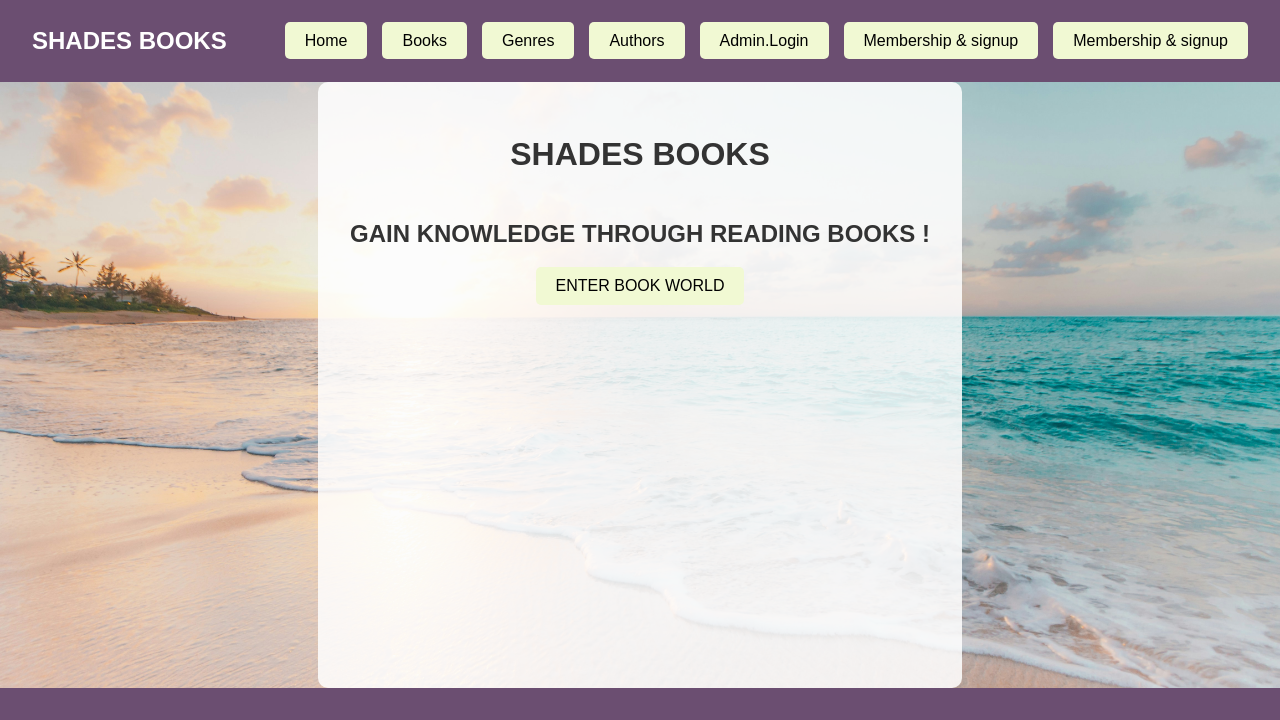
Repository: Harishsuresh-kumar/Library-Web
Page: WORK SITE/User.html
An editor plug-in stored every save of this project. The page is shown before and after a run of saves, followed by the edit.
The browser window is 1280 px wide. The pictures show the whole page.

Above is the page before, as saved 2024-11-07 14:21:41.

### WORK SITE/User.html
<!DOCTYPE html>
<html lang="en">
<head>
    <meta charset="UTF-8">
    <meta name="viewport" content="width=device-width, initial-scale=1.0">
    <title>Online Library Management System</title>
    <link rel="stylesheet" href="user.css">
</head>
<body>
    <div class="wrapper">
        <header>
            <div class="logo">
                <h2>SHADES BOOKS</h2>
            </div>
            <nav>
                <ul>
                    <li><a href="User.html" class="button">Home</a></li>
                    <li><a href="Book.html" class="button">Books</a></li>
                    <li><a href="genre.html" class="button">Genres</a></li>
                    <li><a href="Authors.html" class="button">Authors</a></li>
                    <li><a href="admin pass.html" class="button"> Admin.Login</a></li>
                    <li><a href="Membership.html" class="button">Membership & signup</a></li>
                    <li><a href="Membership.html" class="button">Membership & signup</a></li>
                </ul>
            </nav>
        </header>

        <section class="feature-section">
            <div class="overlay">
                <h1>SHADES BOOKS</h1>

                <div class="carousel">
                    <div class="carousel-item">
                        <!-- Add carousel images here -->
                    </div>
                </div>
                <h2>GAIN KNOWLEDGE THROUGH READING BOOKS !</h2>
                <button type="button" onclick="book()">ENTER BOOK WORLD</button>
                <script>
                    function book(){
                        window.location.href="Book.html";
                    }
                </script>

            </div>
        </section>

        <footer>

        </footer>
    </div>
</body>
</html>

### WORK SITE/user.css
/* Basic styles for the body and html */
body, html {
    margin: 0;
    padding: 0;
    font-family: 'Arial', sans-serif;
    background-image: url('Admin\ image.jpg');
    color: #333;
    height: 100%;
    background-size: cover;
    background-repeat: no-repeat;
    background-position: center;
}

.wrapper {
    display: flex;
    flex-direction: column;
    min-height: 100vh;
}

header {
    background-color: #6B4E71; /* Soft Purple for the header */
    color: #fff;
    padding: 1rem 2rem;
    display: flex;
    align-items: center;
    justify-content: space-between;
}

.logo {
    display: flex;
    align-items: center;
}

.logo img {
    height: 50px;
    width: 50px;
    margin-right: 10px;
    border-radius: 50%;
}

header h2 {
    font-size: 24px;
    margin: 0;
}

nav ul {
    list-style: none;
    display: flex;
    gap: 15px;
}

nav ul li a {
    color: #fff;
    text-decoration: none;
    padding: 5px 10px;
    border-radius: 5px;
    transition: background 0.3s;
}

nav ul li a:hover {
    background-color: #967BB6; /* Light Purple on hover */
}

.feature-section {
    padding: 4rem 2rem;
    text-align: center;
    flex: 1;
    background: rgba(255, 255, 255, 0.85); /* Light overlay */
    border-radius: 10px;
    max-width: 800px;
    margin: 0 auto;
}

.carousel {
    display: flex;
    justify-content: center;
    gap: 15px;
    margin: 20px 0;
}

.carousel-item img {
    width: 150px;
    height: 200px;
    object-fit: cover;
    border-radius: 8px;
    box-shadow: 0 4px 8px rgba(0, 0, 0, 0.1);
}

button, .button {
    background-color: #f1f9d3; /* Soft Purple */
    color: #000;
    padding: 10px 20px;
    border: none;
    border-radius: 5px;
    font-size: 16px;
    cursor: pointer;
    transition: background 0.3s;
}

button:hover, .button:hover {
    background-color: #967BB6; /* Light Purple on hover */
}

footer {
    background-color: #6B4E71; /* Soft Purple */
    color: #fff;
    text-align: center;
    padding: 1rem;
}

footer ul {
    list-style: none;
    display: flex;
    gap: 15px;
    padding: 0;
    margin: 0;
    justify-content: center;
}

footer ul li a {
    color: #fff;
    text-decoration: none;
    transition: color 0.3s;
}

footer ul li a:hover {
    color: #D1C4E9; /* Light Lavender */
}

h1 {
    color: #333;
    font-size: 2rem;
    margin-top: -10px;
}

h5 {
    color: #6B4E71;
    font-size: 1.2rem;
    margin-top: 10px;
}

After the next 4 saves:
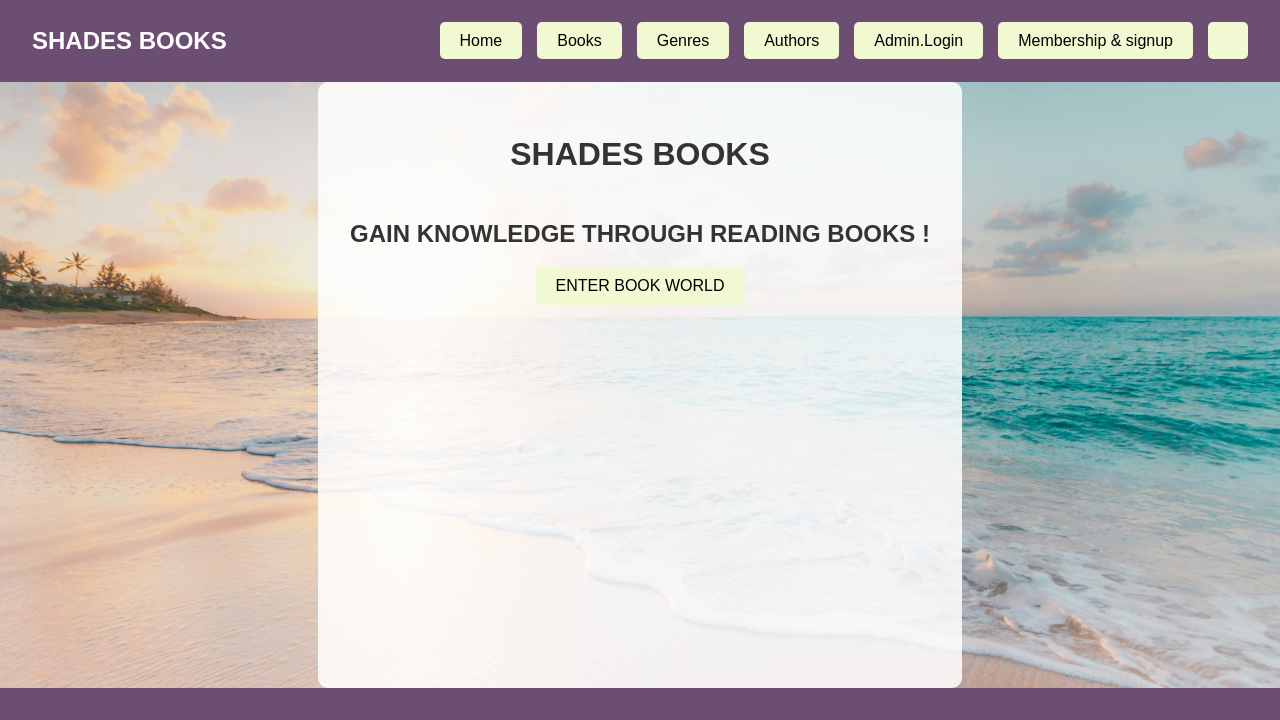
The 4 saves are shown as one change because they came seconds apart.
The last was saved 8 s later.
--- a/WORK SITE/User.html
+++ b/WORK SITE/User.html
@@ -20,7 +20,7 @@
                     <li><a href="Authors.html" class="button">Authors</a></li>
                     <li><a href="admin pass.html" class="button"> Admin.Login</a></li>
                     <li><a href="Membership.html" class="button">Membership & signup</a></li>
-                    <li><a href="Membership.html" class="button">Membership & signup</a></li>
+                    <li><a href="Membership.html" class="button"></a></li>
                 </ul>
             </nav>
         </header>
